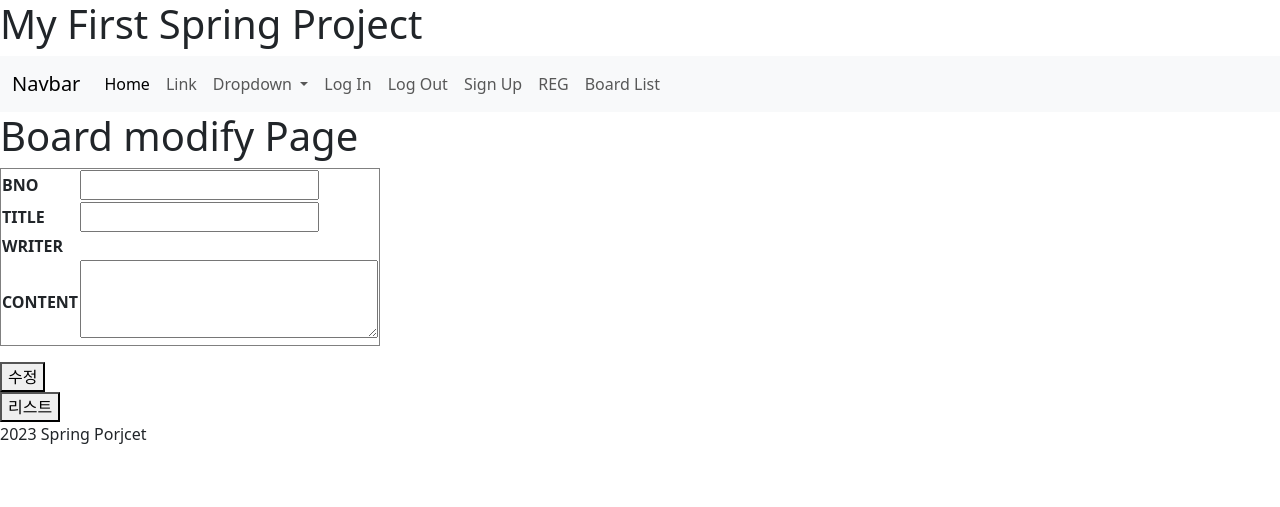
Repository: Leesunghoon1/ezenSpring
Page: http://localhost/spring-Test/WEB-INF/views/board/modify.jsp
The author's editor kept a copy of each file at every save. The page is drawn from the files as they stood at one save, then again after the next save.
The browser window is 1280 px wide. The pictures show the whole page.
The page is served by Tomcat 9. Nobody is signed in. The template is opened directly, without the code that normally fills it, so the values that code supplies are empty.

Above is the page before, as saved 2023-10-16 10:28:05.

After the next save:
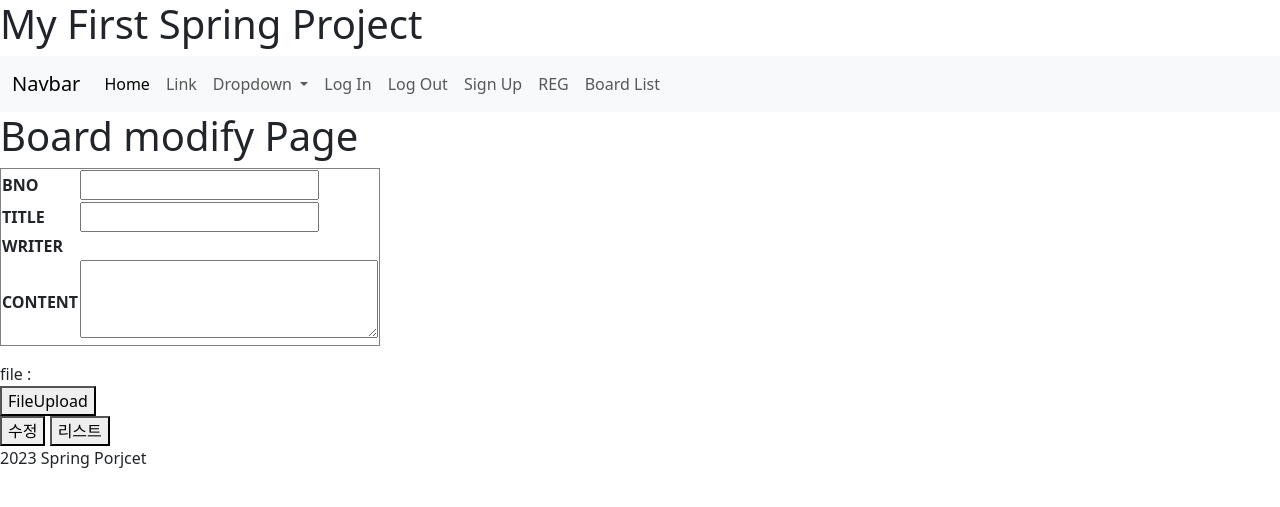
Saved 48 min 35 s later.
--- a/spring-Test/src/main/webapp/WEB-INF/views/board/modify.jsp
+++ b/spring-Test/src/main/webapp/WEB-INF/views/board/modify.jsp
@@ -64,8 +64,15 @@
 	</ul>
 </div>
 
+<!-- 수정 파일 등록 라인 -->
+
+	file : <input type="file" id="file" name="files" multiple="multiple" style="display:none"><br> <!-- multiple="multiple" 한번에 여러 파일을 업로드 가능하게 만들어줌 -->
+	<button type="button" id="trigger">FileUpload</button><br>
+	<div id="fileZone">
+
 <button type="submit">수정</button>
 </form>
+
 <a >
 <button type="submit">리스트</button>
 </a>
